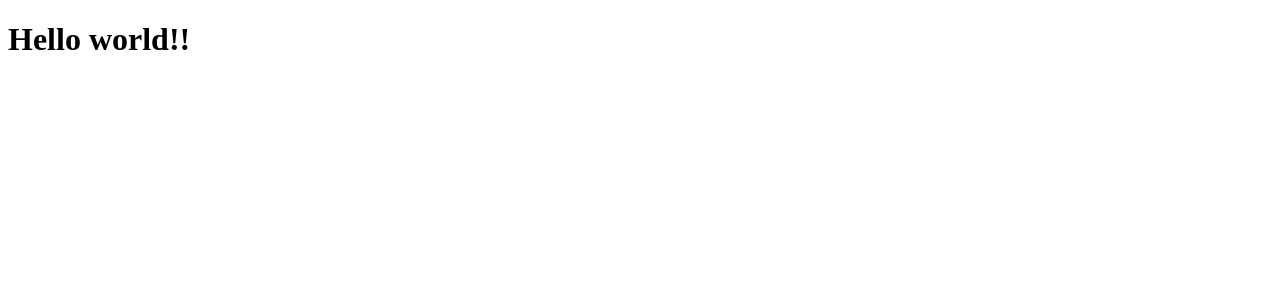
Repository: zinmyoswe/Learning-JSP-and-Servlet
Page: DemoApp/WebContent/index.html
An editor plug-in stored every save of this project. The page is shown before and after the next save, followed by the edit.
The browser window is 1280 px wide. The pictures show the whole page.

Above is the page before, as saved 2019-12-11 10:38:59.

### DemoApp/WebContent/index.html
<!DOCTYPE html>
<html>
<head>
<meta charset="ISO-8859-1">
<title>Insert title here</title>
</head>
<body>
 <h1>Hello world!!</h1>
</body>
</html>

After the next save:
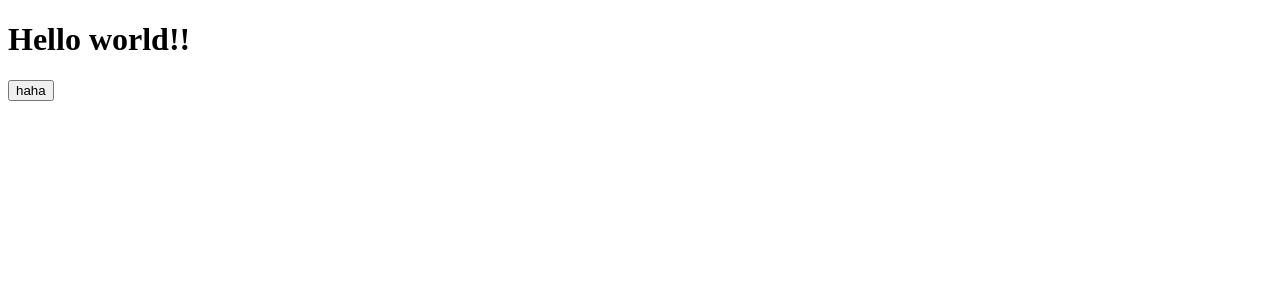
Saved 3 min 40 s later.
--- a/DemoApp/WebContent/index.html
+++ b/DemoApp/WebContent/index.html
@@ -6,5 +6,6 @@
 </head>
 <body>
  <h1>Hello world!!</h1>
+ <button>haha</button>
 </body>
 </html>
